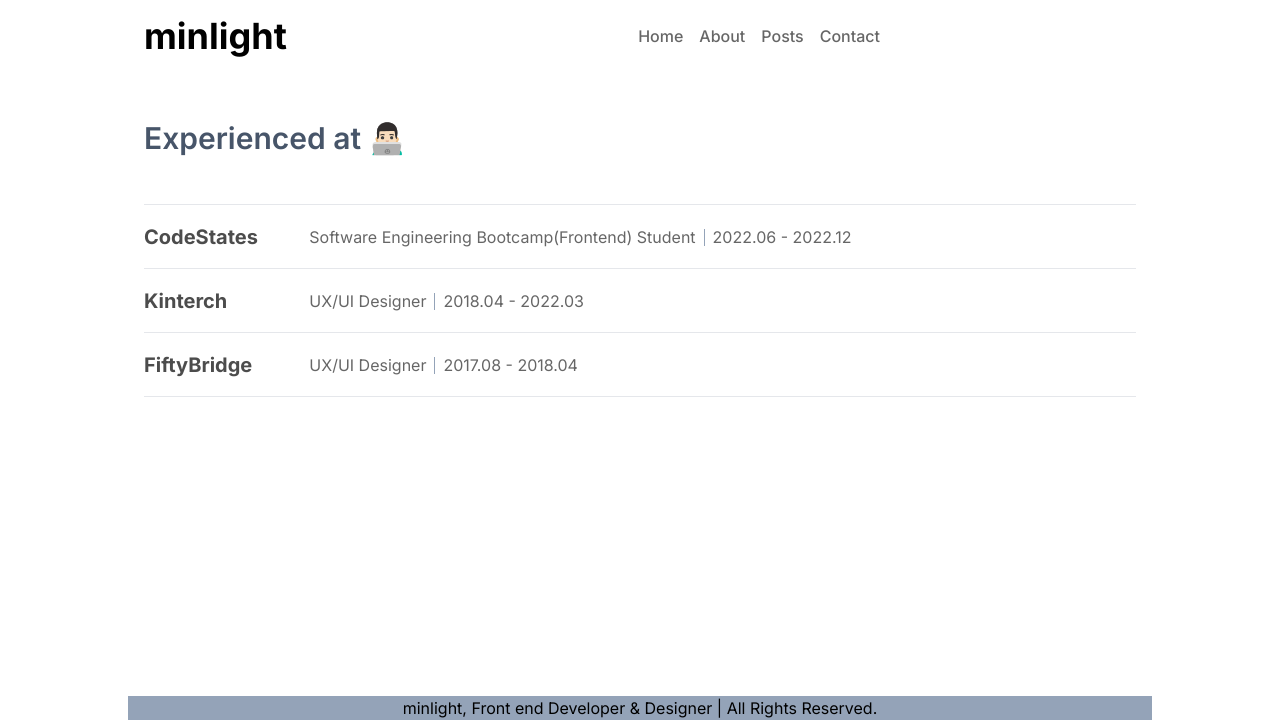
Repository: kwngmin/minlight-blog
Page: /about
These files come from the project's save history. The page is drawn as it stood at one moment and after the next save; the edit follows.
The browser window is 1280 px wide. The pictures show the whole page.
The project was rebuilt for these pictures with package versions that can differ from the ones it lists, and the page was loaded fresh each time. The framework's server and built-in components were replaced by stand-ins that run in the browser. Also part of the build but not shown: next.config.js.

Above is the page before, as saved 2023-04-01 00:37:31.

After the next save:
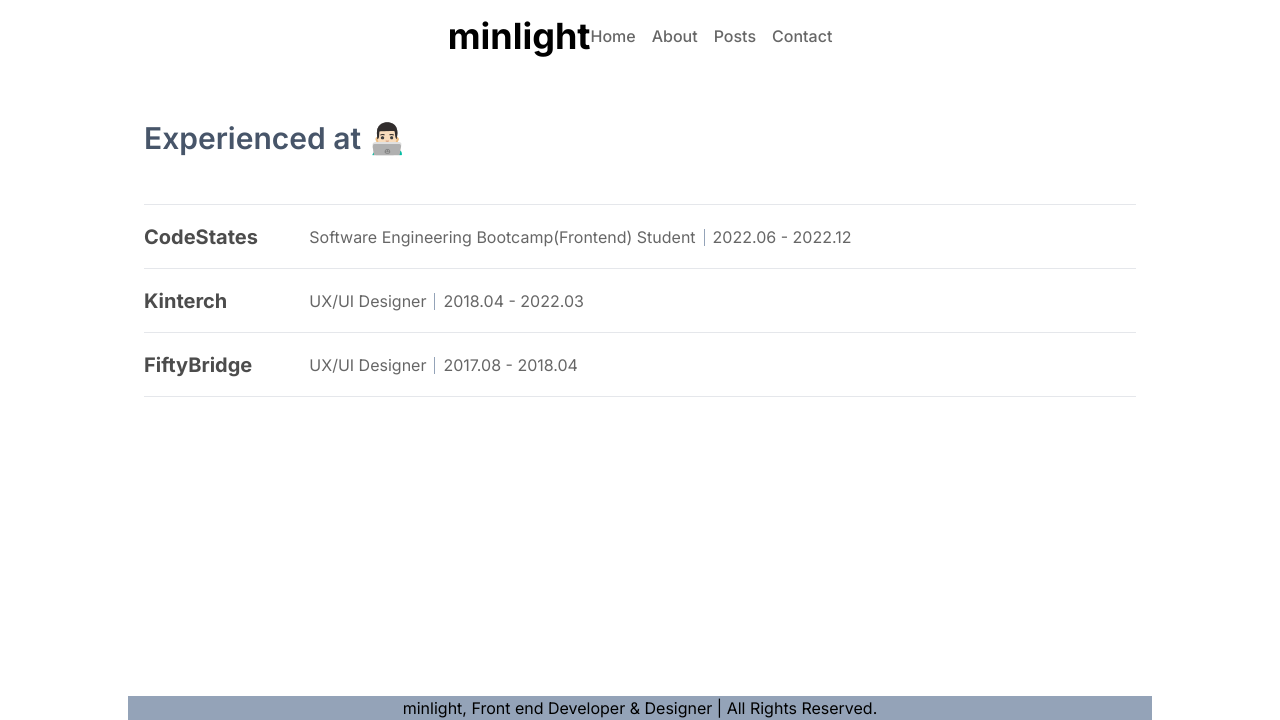
Saved 11 s later.
--- a/src/components/Header.tsx
+++ b/src/components/Header.tsx
@@ -9,7 +9,7 @@
 
 export default function Header() {
   return (
-    <div className="max-w-screen-md">
+    <div className="max-w-screen-md mx-auto">
       <div className="flex justify-between items-center m-4">
         <Link href="/">
           <h1 className="text-4xl font-bold">minlight</h1>

After the save that followed:
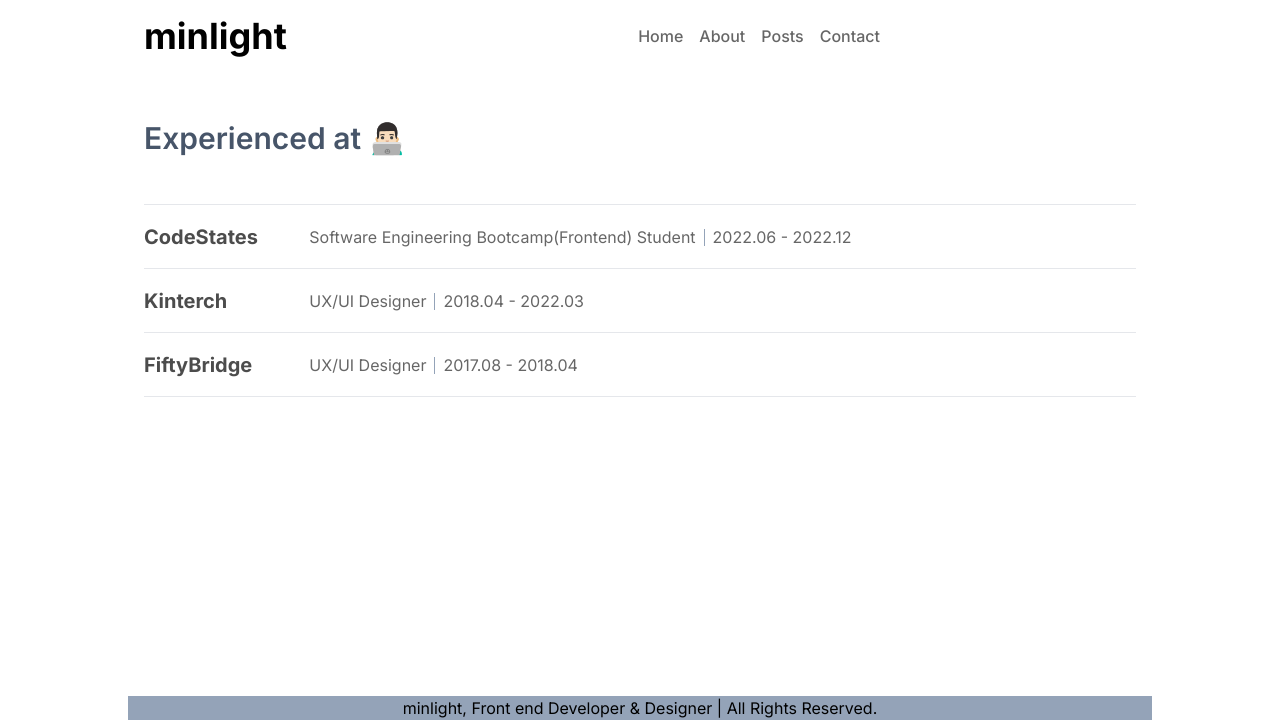
Saved 6 s later.
--- a/src/components/Header.tsx
+++ b/src/components/Header.tsx
@@ -9,7 +9,7 @@
 
 export default function Header() {
   return (
-    <div className="max-w-screen-md mx-auto">
+    <div className="max-w-screen-md">
       <div className="flex justify-between items-center m-4">
         <Link href="/">
           <h1 className="text-4xl font-bold">minlight</h1>
